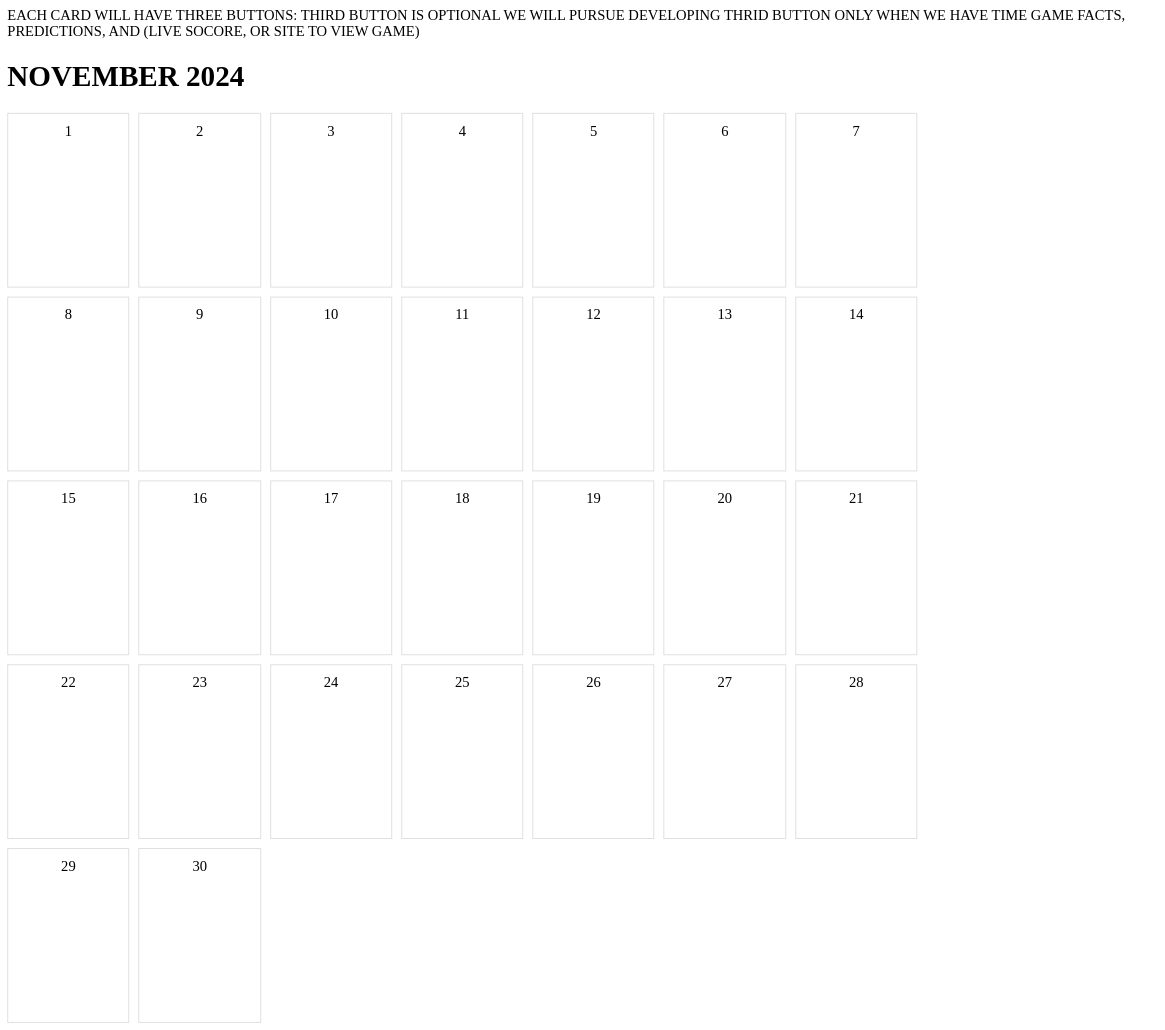
Repository: bredernd/Sports-Analytics
Page: http://localhost/CPS298_Nba/calendar
These files come from the project's save history. The page is drawn as it stood at one moment and after the next save; the edit follows.
The browser window is 1280 px wide. The pictures show the whole page, at 91% of full size.
The page is served by Tomcat 9. Other server files are loaded and not shown.

Above is the page before, as saved 2024-11-06 18:49:37.

### NBAProj/CPS298_Nba/src/main/webapp/WEB-INF/Dispatcher-servlet.xml
<?xml version="1.0" encoding="UTF-8"?>
<beans xmlns="http://www.springframework.org/schema/beans"
	xmlns:xsi="http://www.w3.org/2001/XMLSchema-instance"
	xmlns:context="http://www.springframework.org/schema/context"
	xmlns:mvc="http://www.springframework.org/schema/mvc"
	xmlns:tx="http://www.springframework.org/schema/tx"
	xsi:schemaLocation="http://www.springframework.org/schema/mvc http://www.springframework.org/schema/mvc/spring-mvc-4.3.xsd
		http://www.springframework.org/schema/beans http://www.springframework.org/schema/beans/spring-beans.xsd
		http://www.springframework.org/schema/context http://www.springframework.org/schema/context/spring-context-4.3.xsd
		http://www.springframework.org/schema/tx http://www.springframework.org/schema/tx/spring-tx-4.3.xsd">


	<context:component-scan
		base-package="com.cps298.nba">
	</context:component-scan>
	<mvc:annotation-driven></mvc:annotation-driven>
	<mvc:resources mapping="/resources/**" location="/resources/"></mvc:resources>
	<bean id="viewResolver"
		class="org.springframework.web.servlet.view.InternalResourceViewResolver">
	<property name="prefix" value="/WEB-INF/Views/"></property>
	<property name="suffix" value=".jsp"></property>
	</bean>

<!-- 	<bean id="myDataSource" -->
<!-- 		class="com.mchange.v2.c3p0.ComboPooledDataSource"> -->
<!-- 	<property name="driverClass" value="com.mysql.cj.jdbc.Driver"></property> -->
<!-- 	<property name="user" value="hbstudent"></property> -->
<!-- 	<property name="password" value="hbstudent"></property> -->
<!-- 	<property name="jdbcUrl" -->
<!-- 		value="jdbc:mysql://localhost:3306/movies?useSSL=false"> -->
<!-- 	</property> -->
<!-- 	<property name="minPoolSize" value="5"></property> -->
<!-- 	<property name="maxPoolSize" value="30"></property> -->
<!-- 	<property name="maxIdleTime" value="30000"></property> -->
<!-- 	</bean> -->
<!-- 	<bean id="sessionFactory" -->
<!-- 		class="org.springframework.orm.hibernate5.LocalSessionFactoryBean"> -->
<!-- 	<property name="dataSource" ref="myDataSource"></property> -->
<!-- 	<property name="packagesToScan" -->
<!-- 		value="com.cps298.nba.entity"> -->
<!-- 	</property> -->
<!-- 	<property name="hibernateProperties"> -->
<!-- 	<props> -->
<!-- 	<prop key="hibernate.dialect">org.hibernate.dialect.MySQLDialect</prop> -->
<!-- 	<prop key="hibernate.show_sql">true</prop> -->
<!-- 	</props> -->
<!-- 	</property> -->
<!-- 	</bean> -->
<!-- 	<bean id="myTransactionalManager" -->
<!-- 		class="org.springframework.orm.hibernate5.HibernateTransactionManager"> -->
<!-- 	<property name="sessionFactory" ref="sessionFactory"></property> -->
<!-- 	</bean> -->
<!-- 	<tx:annotation-driven transaction-manager="myTransactionalManager" /> -->
</beans>

### NBAProj/CPS298_Nba/src/main/webapp/WEB-INF/Views/calendar.jsp
<%@ page language="java" contentType="text/html; charset=ISO-8859-1"
    pageEncoding="ISO-8859-1"%>
<!DOCTYPE html>
<html>
<head>
<meta charset="ISO-8859-1">
<title>Calendar</title>

<style>
	.body{
	display: flex;
	justify-content: center;
	align-items: center;
	}

	.calendar {
	display: grid;
	grid-template-columns: repeat(7, 1fr);
	gap: 10px;
	width: 1000px;
	height: 1000px;
	}

    .day {
    border: 1px solid #ddd;
    padding: 10px;
    text-align: center;
    }
</style>
</head>
<body>


EACH CARD WILL HAVE THREE BUTTONS: THIRD BUTTON IS OPTIONAL
WE WILL PURSUE DEVELOPING THRID BUTTON ONLY WHEN WE HAVE TIME
GAME FACTS, PREDICTIONS, AND (LIVE SOCORE, OR SITE TO VIEW GAME)

    <h1>${month} ${year}</h1>

    <div class="calendar">
        ${calendarHtml}
    </div>


</body>
</html>

### NBAProj/CPS298_Nba/src/main/java/com/cps298/nba/controller/MainController.java
package com.cps298.nba.controller;

import java.time.LocalDate;

import org.springframework.beans.factory.annotation.Autowired;
import org.springframework.stereotype.Controller;
import org.springframework.ui.Model;
import org.springframework.web.bind.annotation.RequestMapping;

import com.cps298.nba.service.CalendarService;

@Controller
public class MainController {

    @Autowired
    private CalendarService calendarService;

	@RequestMapping("/")
	public String home() {
		return "home";
	}

	@RequestMapping("/calendar")
	public String calendar(Model model) {
        LocalDate now = LocalDate.now();
        int year = now.getYear();
        int month = now.getMonthValue();

        // Use the service to generate the HTML
        String calendarHtml = calendarService.generateCalendarHtml(year, month);

        model.addAttribute("calendarHtml", calendarHtml);
        model.addAttribute("month", now.getMonth());
        model.addAttribute("year", year);

		return "calendar";
	}

	@RequestMapping("/news")
	public String news() {
		return "news";
	}

	@RequestMapping("/gameFacts")
	public String gameFacts() {
		return "gameFacts";
	}

	@RequestMapping("/predictions")
	public String predictions() {
		return "predictions";
	}
}

### NBAProj/CPS298_Nba/src/main/java/com/cps298/nba/service/CalendarService.java
package com.cps298.nba.service;

import java.time.LocalDate;
import java.time.YearMonth;

import org.springframework.stereotype.Service;

@Service
public class CalendarService {

    public String generateCalendarHtml(int year, int month) {
        StringBuilder calendarHtml = new StringBuilder();
        YearMonth yearMonth = YearMonth.of(year, month);

        for (int day = 1; day <= yearMonth.lengthOfMonth(); day++) {
            calendarHtml.append("<div class='day'>").append(day).append("</div>");
        }

        return calendarHtml.toString();
    }

}

After the next save:
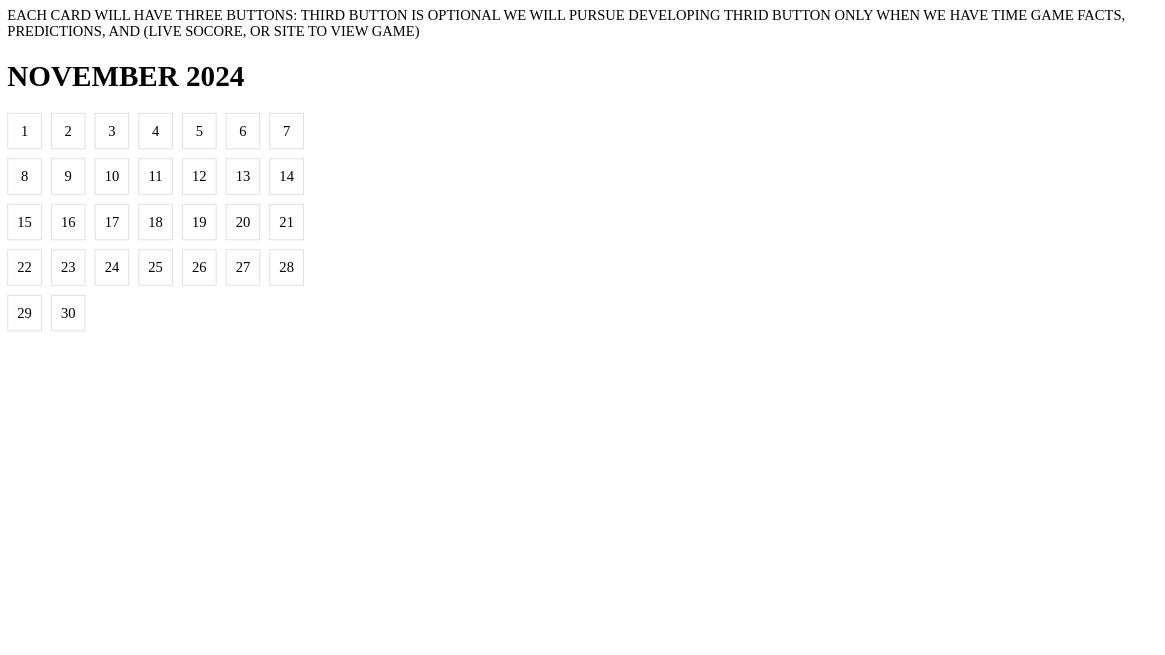
Saved 64 s later.
--- a/NBAProj/CPS298_Nba/src/main/webapp/WEB-INF/Views/calendar.jsp
+++ b/NBAProj/CPS298_Nba/src/main/webapp/WEB-INF/Views/calendar.jsp
@@ -17,8 +17,8 @@
 	display: grid;
 	grid-template-columns: repeat(7, 1fr);
 	gap: 10px;
-	width: 1000px;
-	height: 1000px;
+	width: fit-content;
+	height: fit-content;
 	}
 
     .day {
